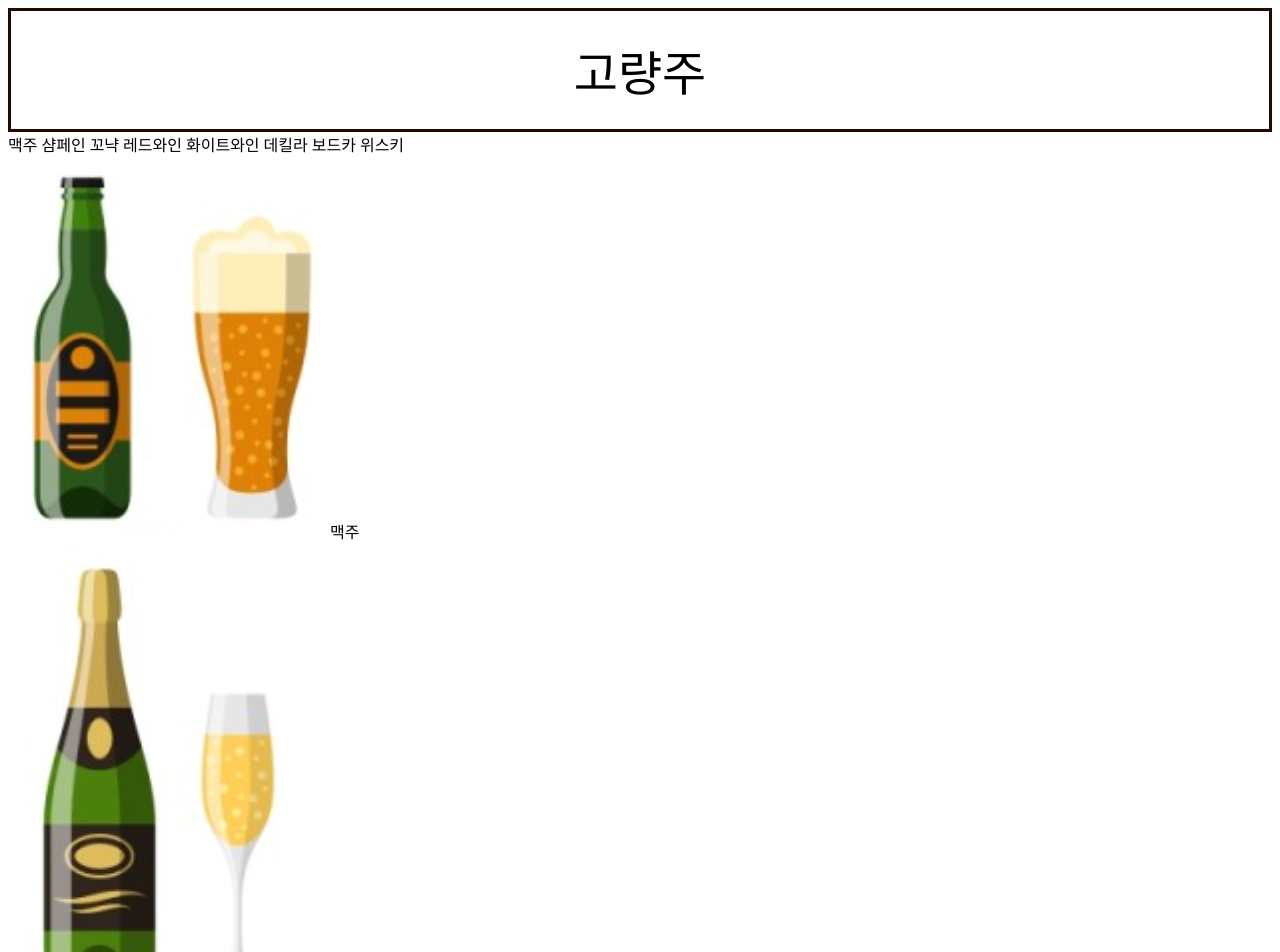
Repository: Jay-JYKim91/grj_2nd_week
Page: index.html
These files come from the project's save history. The page is drawn as it stood at one moment and after the next save; the edit follows.
The browser window is 1280 px wide. The pictures show the part of the page from y = 0 to 952 px (the page is 3368 px tall before and 3416 px after).
A picture or video elsewhere on the page could not be fetched, so the positions and the page height are approximate. Some web fonts or font styles are not loaded; a fallback is used.

Above is the page before, as saved 2022-05-03 14:19:26.

After the next save:
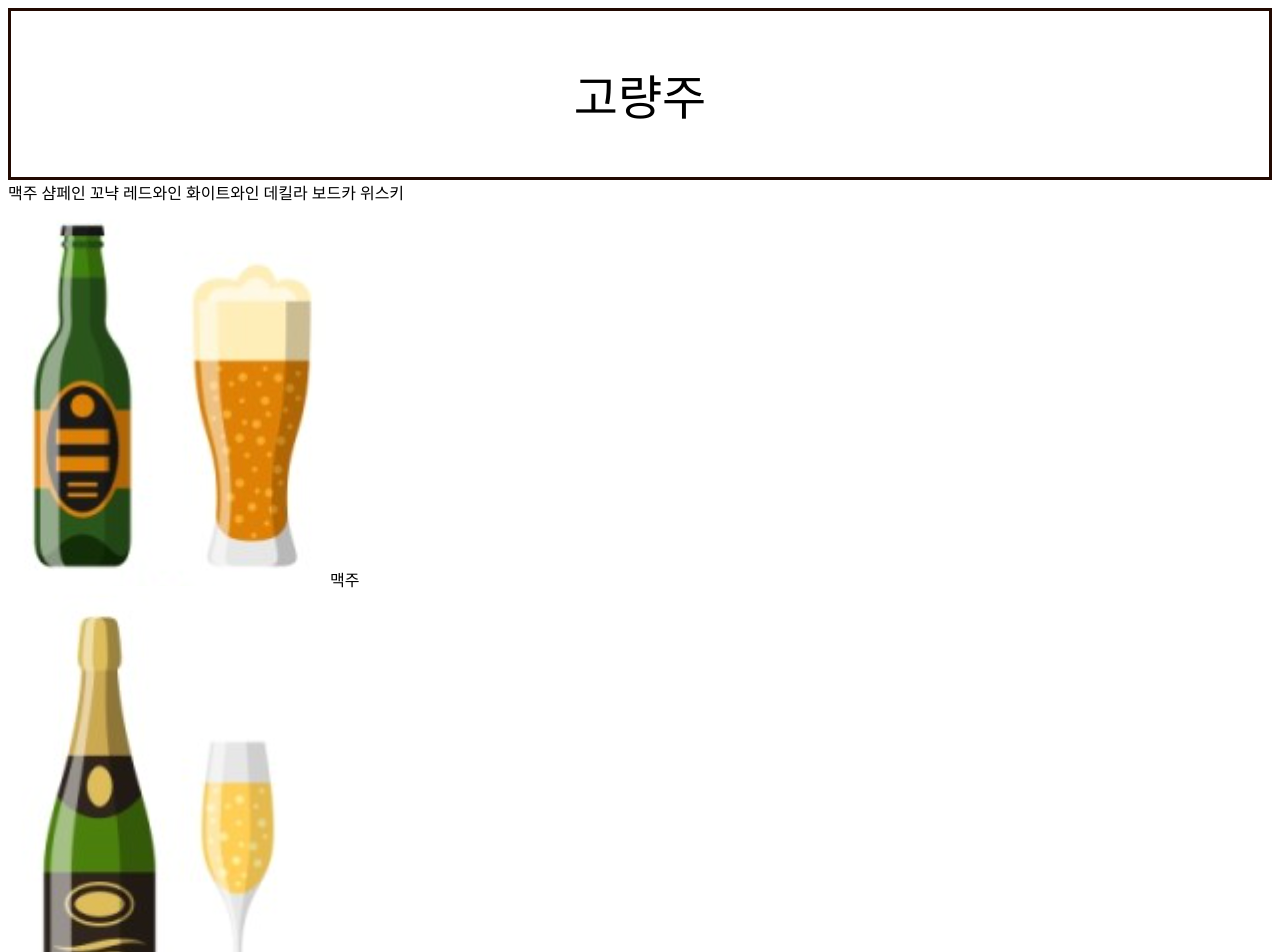
Saved 9 s later.
--- a/styles.css
+++ b/styles.css
@@ -7,7 +7,7 @@
 
 header {
   border: 3px solid #220901;
-  padding: 1.5rem;
+  padding: 1em;
   font-size: 3rem;
   text-align: center;
 }

After the save that followed:
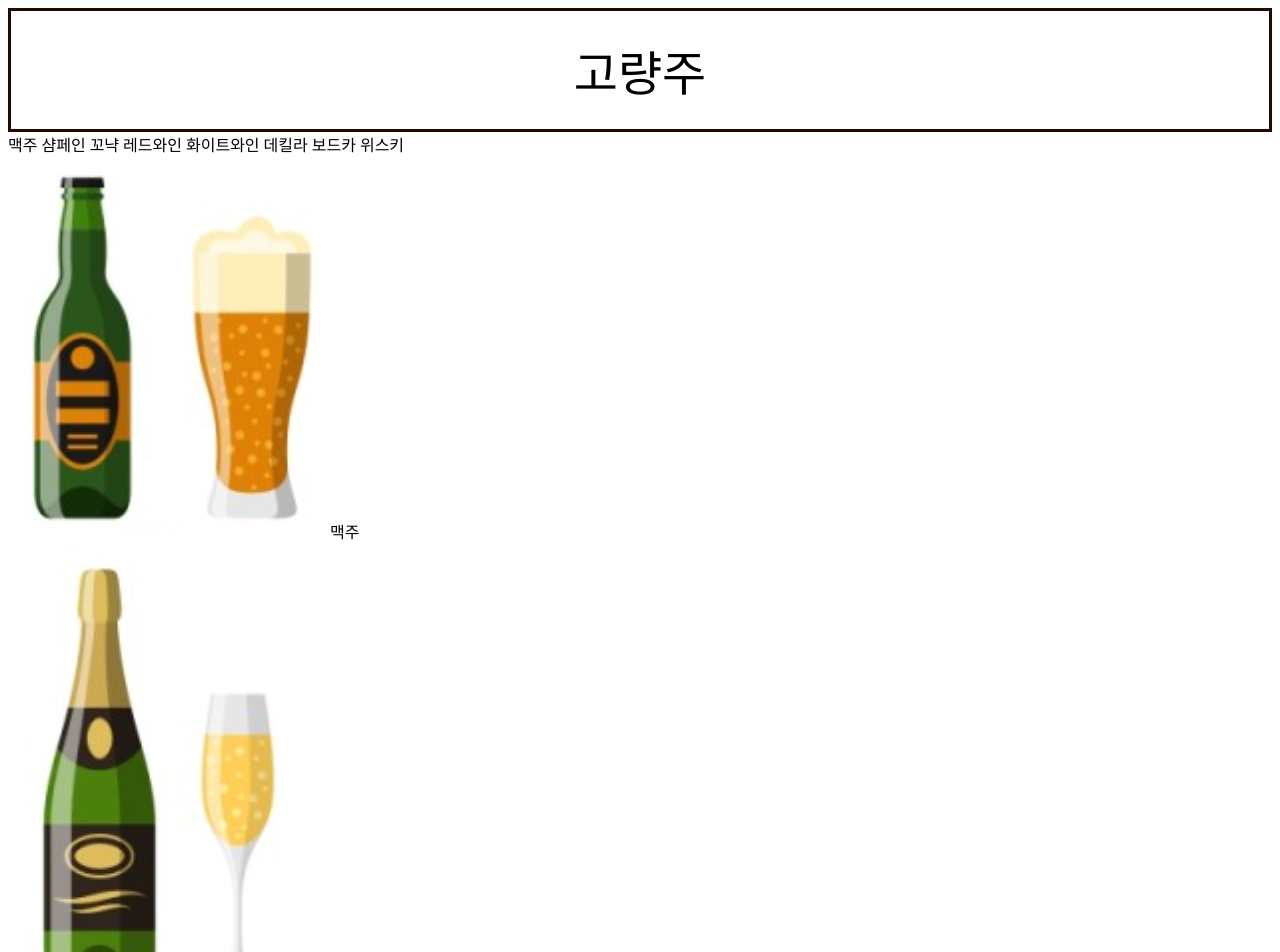
Saved 5 s later.
--- a/styles.css
+++ b/styles.css
@@ -7,7 +7,7 @@
 
 header {
   border: 3px solid #220901;
-  padding: 1em;
+  padding: 0.5em;
   font-size: 3rem;
   text-align: center;
 }
